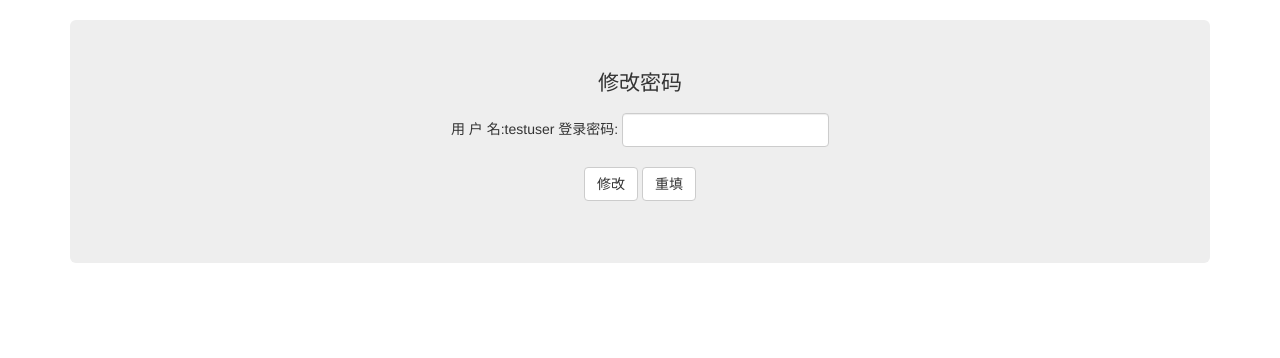
Repository: suxiaohutot/PHP
Page: http://localhost/xiugai_user.php
These files come from the project's save history. The page is drawn as it stood at one moment and after a run of saves; the edit follows.
The browser window is 1280 px wide. The pictures show the whole page.
The page is run by PHP 8.4 with error messages shown; the project is at /var/www/html/. The session is filled in as if someone had signed in: {"username": "testuser", "id": 1}. Other server files are loaded and not shown.

Above is the page before, as saved 2019-11-05 08:22:09.

### test/xiugai_user.php
<?php
include 'DB.php';
session_start();//打开session
$username=$_SESSION['username'];
$id=$_SESSION['id'];
?>
<html>
<head>
<meta charset="utf-8"/>
<link href="css/bootstrap.min.css" rel="stylesheet" />
	<style type="text/css">
	body{ text-align:center}
	</style>
</head>
</head>
<body>
<br>
<div class="container">
	<div class="jumbotron">
	<p>修改密码</p>
    	<form action="xiugai_chenge.php" method="post" class="container">
        	<div class="form-inline">
        		<div class="form-group">
        			用  户  名:<?php echo $username?>
<!--                     <input type="text" name="name" class="form-control"><br><br> -->
                	登录密码:
                    <input type="password" name="password" size="20" maxlength="15" class="form-control"><br><br>

                    <input type="submit" value="修改" class="btn btn-default">
                    <input type="reset" value="重填" class="btn btn-default">
        		</div>
        	</div>
    	</form>
    </div>
</div>
</body>
</html>

### test/DB.php
<?php
$dbcon=null;
function dbcon(){
    global $dbcon;
    $dbcon=mysqli_connect('localhost','root','');
    mysqli_select_db($dbcon, 'test');
    mysqli_query($dbcon, "set names utf8");
}
function close(){
    global $dbcon;
    if($dbcon){
        mysqli_close($dbcon);
    }
}
?>

Loaded but not shown: test/css/bootstrap.min.css (library)

After the next 2 saves:
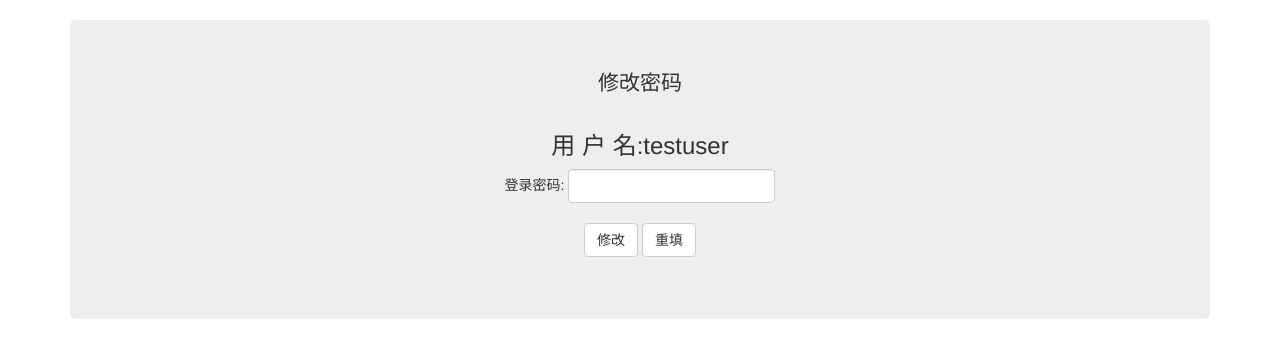
The 2 saves are shown as one change because they came seconds apart.
The last was saved 8 s later.
--- a/test/xiugai_user.php
+++ b/test/xiugai_user.php
@@ -21,7 +21,7 @@
     	<form action="xiugai_chenge.php" method="post" class="container">
         	<div class="form-inline">
         		<div class="form-group">
-        			用  户  名:<?php echo $username?>
+        			<h3>用  户  名:<?php echo $username?></h3>
 <!--                     <input type="text" name="name" class="form-control"><br><br> -->
                 	登录密码:
                     <input type="password" name="password" size="20" maxlength="15" class="form-control"><br><br>
